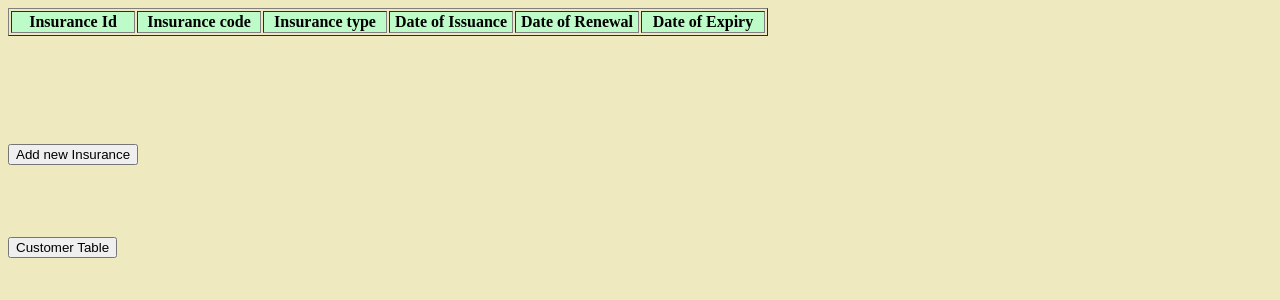
Repository: ankitasha/HomeProject
Page: http://localhost/insurance/WEB-INF/views/allcustomers.jsp
These files come from the project's save history. The page is drawn as it stood at one moment and after the next save; the edit follows.
The browser window is 1280 px wide. The pictures show the whole page.
The page is served by Tomcat 9. Nobody is signed in. Other server files are loaded and not shown. The template is opened directly, without the code that normally fills it, so the values that code supplies are empty.

Above is the page before, as saved 2017-05-05 08:20:23.

### insurance/src/main/webapp/WEB-INF/views/allcustomers.jsp
<%@ page language="java" contentType="text/html; charset=ISO-8859-1"
    pageEncoding="ISO-8859-1"%>
<!DOCTYPE html PUBLIC "-//W3C//DTD HTML 4.01 Transitional//EN" "http://www.w3.org/TR/html4/loose.dtd">
<%@ taglib uri="http://java.sun.com/jsp/jstl/core" prefix="c" %>
<html>
<head>
<meta http-equiv="Content-Type" content="text/html; charset=ISO-8859-1">
<title>All Customers</title>
<style type="text/css">

	#button {
     line-height: 12px;
     padding:5px;
     width: 100px;
     font-size: 8pt;
     font-family: tahoma;
     margin-top: 1px;
     margin-right: 0px;
     position:absolute;
     top:0;
     right:0;
 	}

 	#menu {
     line-height: 12px;
     padding:5px;
     width: 100px;
     font-size: 8pt;
     font-family: tahoma;
     margin-top: 1px;
     margin-right: 120px;
     position:absolute;
     top:0;
     right:0;
 	}

 	#row{
 	background-color: #C1C1C1;
 	}
</style>
</head>
<body style="background-color: #EEE9BF">
<table border="1">
  	<tr style="background-color: #BDFCC9">
  	    <th width="120">Insurance Id</th>
    	<th width="120">Insurance code</th>
    	<th width="120">Insurance type</th>
    	<th width="120">Date of Issuance</th>
    	<th width="120">Date of Renewal</th>
    	<th width="120">Date of Expiry</th>
   	</tr>
 <c:forEach var="allinsurance" items="${allinsurance}" varStatus="status">
    <tr>
       <td id="row">${allinsurance.insuranceid}</td>
       <td id="row">${allinsurance.insurancecode}</td>
       <td id="row">${allinsurance.dateofIssuance}</td>
       <td id="row">${allinsurance.dateofRenewal}</td>
       <td id="row">${allinsurance.dateofExpiry}</td>
       <td id="row">${allinsurance.customer}</td>
       <td style="background-color: #5CACEE"><a href="viewcustomer/${allinsurance.insuranceid}">view</a></td>
 	  <td style="background-color: #5CACEE"><a href="edit/${allinsurance.insuranceid}">edit</a></td>
	  <td style="background-color: #F08080"><a href="delete/${allinsurance.insuranceid}">delete</a></td>
   </tr>
</c:forEach>
</table>
    <br>
    <br>
    <br>
    <br>
    <br>
    <br>
    <form method="get" action="addinsurance">
    	<button id="addinsurance" type="submit">Add new Insurance</button>
    </form>
     <br>
    <br>
    <br>
    <br>
  	<form method="get" action="allcustomer">
    	<button id="allcustomer" type="submit">Customer Table</button>
    </form>
</body>
</html>

After the next save:
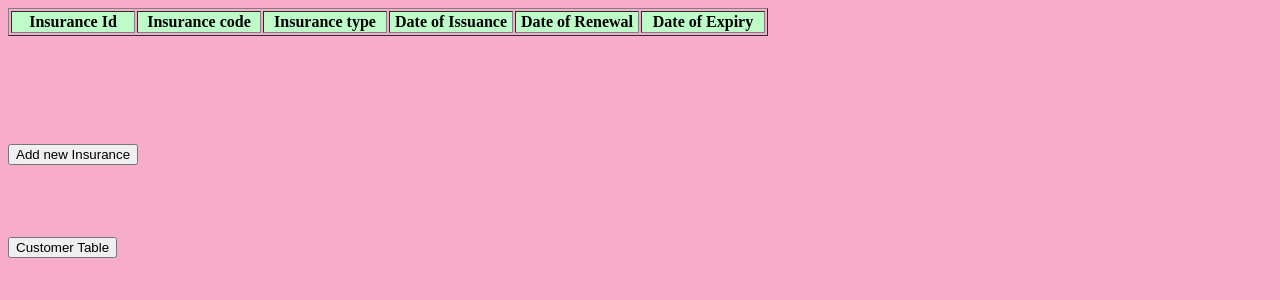
Saved 4 min 29 s later.
--- a/insurance/src/main/webapp/WEB-INF/views/allcustomers.jsp
+++ b/insurance/src/main/webapp/WEB-INF/views/allcustomers.jsp
@@ -39,7 +39,7 @@
  	}
 </style>
 </head>
-<body style="background-color: #EEE9BF">
+<body style="background-color: #f7adca">
 <table border="1">
   	<tr style="background-color: #BDFCC9">
   	    <th width="120">Insurance Id</th>
